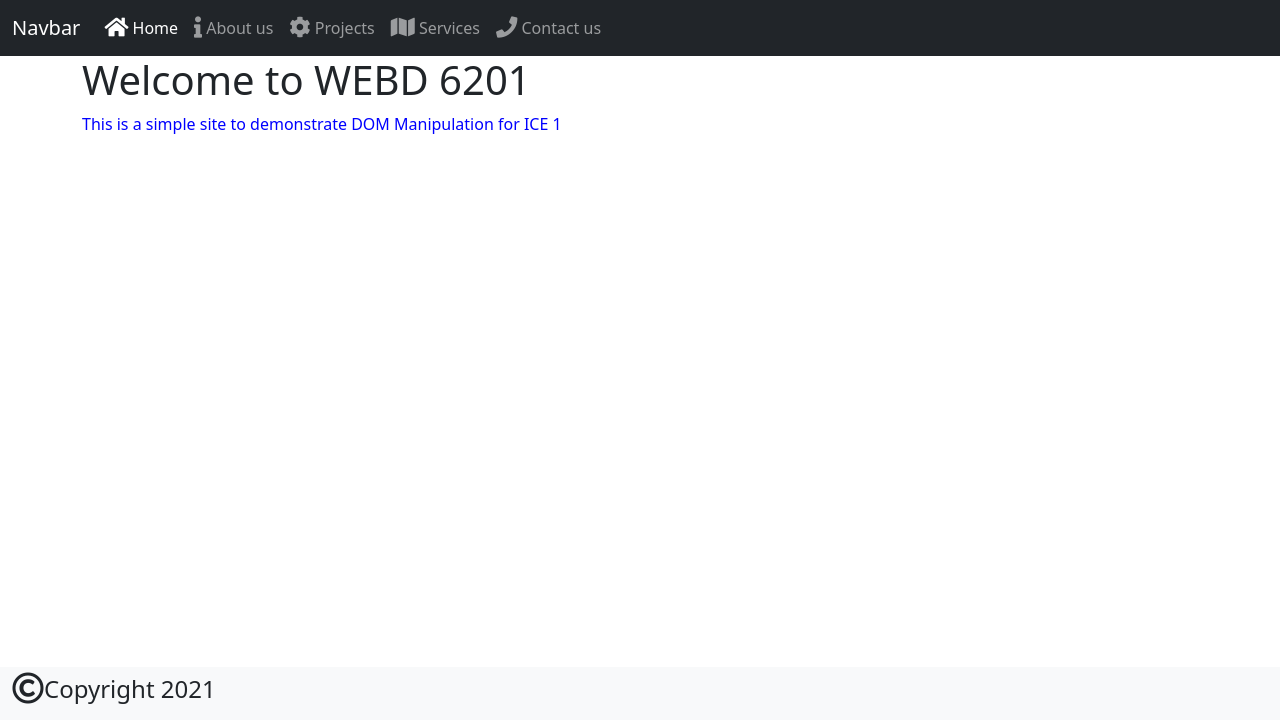
Repository: Hasib001/WEBD6201---W2021---ICE-1
Page: index.html
The author's editor kept a copy of each file at every save. The page is drawn from the files as they stood at one save, then again after the next save.
The browser window is 1280 px wide. The pictures show the whole page.

Above is the page before, as saved 2021-01-22 22:54:56.

### index.html
<!DOCTYPE html>
<html lang="en">
<head>
    <meta charset="UTF-8">
    <meta name="viewport" content="width=device-width, initial-scale=1.0">
    <title>WEBD6201 - W2021 - ICE 1</title>
    <!--CSS Section -->
    <link rel="stylesheet" href="./node_modules/bootstrap/dist/css/bootstrap.min.css">
    <link rel="stylesheet" href="./node_modules/@fortawesome/fontawesome-free/css/all.css">
    <link rel="stylesheet" href="./Content/app.css" >
</head>
<body>

    <header>
        <nav class="navbar navbar-expand-lg navbar-dark bg-dark">
            <div class="container-fluid">
              <a class="navbar-brand" href="#">Navbar</a>
              <button class="navbar-toggler" type="button" data-bs-toggle="collapse" data-bs-target="#navbarSupportedContent" aria-controls="navbarSupportedContent" aria-expanded="false" aria-label="Toggle navigation">
                <span class="navbar-toggler-icon"></span>
              </button>
              <div class="collapse navbar-collapse" id="navbarSupportedContent">
                <ul class="navbar-nav me-auto mb-2 mb-lg-0">
                  <li class="nav-item">
                    <a class="nav-link active" aria-current="page" href="#"><i class="fas fa-home fa-lg"></i> Home</a>
                  </li>

                  <li class="nav-item">
                    <a class="nav-link" aria-current="page" href="#"><i class="fas fa-info fa-lg"></i> About us</a>
                  </li>

                  <li class="nav-item">
                    <a class="nav-link" aria-current="page" href="#"><i class="fas fa-cog fa-lg"></i> Projects</a>
                  </li>

                  <li class="nav-item">
                    <a class="nav-link" aria-current="page" href="#"><i class="fas fa-map fa-lg"></i> Services</a>
                  </li>

                  <li class="nav-item">
                    <a class="nav-link" aria-current="page" href="#"><i class="fas fa-phone fa-lg"></i> Contact us</a>
                  </li>

                </ul>

              </div>
            </div>
          </nav>

    </header>

    <div>
        <main class="container">
            <h1>Welcome to WEBD 6201</h1>
            <p id="paragraphOne"></p>
        </main>
    </div>

    <footer>
        <nav class="navbar fixed-bottom navbar-light bg-light">
            <div class="container-fluid">
              <h4><i class="far fa-copyright fa-lg"></i>Copyright 2021</h4>
            </div>
          </nav>

    </footer>


    <!--JAvascript section-->
    <script src="./node_modules/jquery/dist/jquery.min.js"></script>
    <script src="./node_modules/bootstrap/dist/js/bootstrap.bundle.min.js"></script>
    <script src="./Scripts/app.js" > </script>

</body>
</html>

### Content/app.css
/* css code goes here */

### Scripts/app.js
/* custom javaScript code goes here */

//IIFE - Immediately Invoked Function Expression
//AKA
//closure

"use strict";

(function()
{
    function Start()
    {
        console.log("App Started...");
        let paragraphOneText ="This is a simple site to demonstrate DOM Manipulation for ICE 1";

        let paragraphOneElement=document.getElementById("paragraphOne");

        paragraphOneElement.textContent=paragraphOneText;

        paragraphOneElement.style="color:blue;";


    }

    window.addEventListener("load",Start);
}

)();

Loaded but not shown: node_modules/bootstrap/dist/css/bootstrap.min.css (library); node_modules/@fortawesome/fontawesome-free/css/all.css (library); node_modules/jquery/dist/jquery.min.js (library); node_modules/bootstrap/dist/js/bootstrap.bundle.min.js (library)

After the next save:
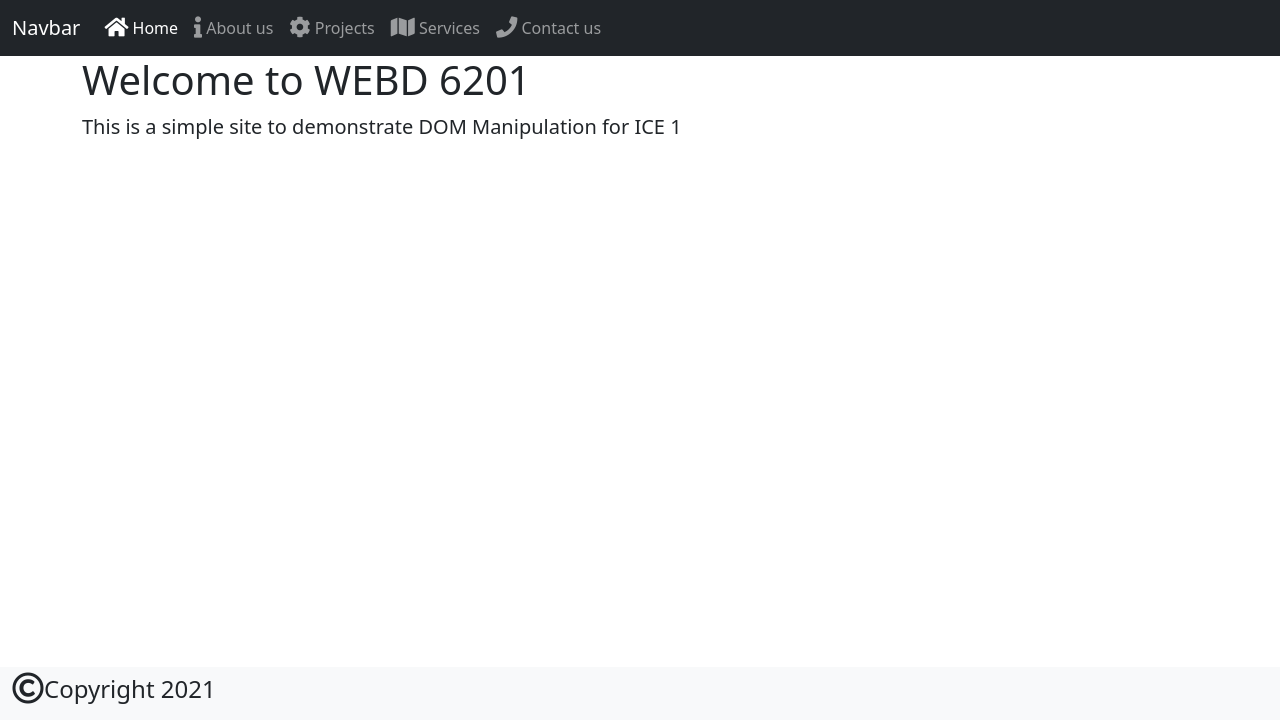
Saved 5 min 26 s later.
--- a/Scripts/app.js
+++ b/Scripts/app.js
@@ -17,7 +17,7 @@
 
         paragraphOneElement.textContent=paragraphOneText;
 
-        paragraphOneElement.style="color:blue;";
+        paragraphOneElement.className="fs-5";
 
 
     }
